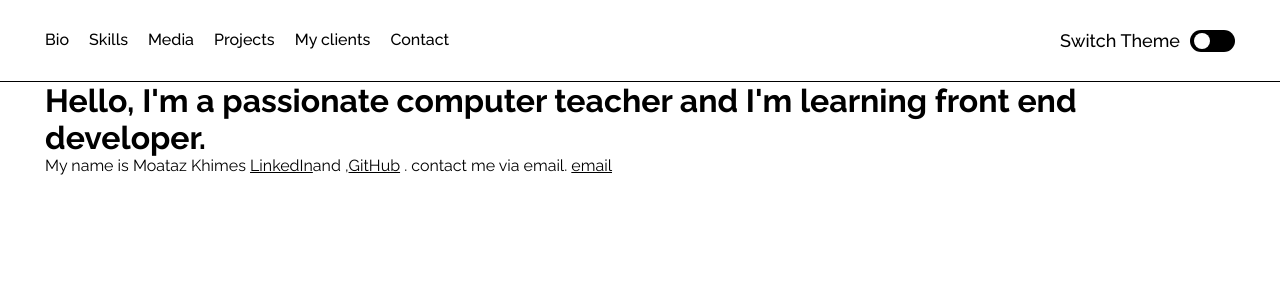
Repository: moataz305G/Personal-website
Page: index.html
An editor plug-in stored every save of this project. The page is shown before and after the next save, followed by the edit.
The browser window is 1280 px wide. The pictures show the whole page.

Above is the page before, as saved 2025-12-12 20:33:07.

### index.html
<!DOCTYPE html>
<html lang="en">
  <head>
    <meta charset="UTF-8" />

    <meta name="viewport" content="width=device-width, initial-scale=1.0" />
    <link rel="preconnect" href="https://fonts.googleapis.com" />
    <link rel="preconnect" href="https://fonts.gstatic.com" crossorigin />
    <link
      href="https://fonts.googleapis.com/css2?family=Raleway:ital,wght@0,100..900;1,100..900&display=swap"
      rel="stylesheet"
    />

    <link rel="stylesheet" href="Style.css" />
    <title class="title">Moataz khimes</title>
  </head>
  <body>
    <div class="container">
      <header class="header">
        <nav class="navigation">
          <ul class="navigation__list">
            <li><a href="#" class="navigation__link">Bio</a></li>
            <li><a href="#" class="navigation__link">Skills</a></li>
            <li><a href="#" class="navigation__link">Media</a></li>
            <li><a href="#" class="navigation__link">Projects</a></li>
            <li><a href="#" class="navigation__link">My clients</a></li>
            <li><a href="#" class="navigation__link">Contact</a></li>
          </ul>
        </nav>

        <div class="toggle">
          <h3 class="toggle__title">Switch Theme</h3>
          <input
            type="checkbox"
            name="toggle checkbox"
            id="toggle"
            class="toggle__checkbox"
          />
          <label for="toggle" class="toggle__label"></label>
        </div>
      </header>

      <sction id="bio" class="bio">
        <h1 class="bio__heading">
          Hello, I'm a passionate computer teacher and I'm learning front end
          developer.
        </h1>
        <p class="bio__objeactive">
          My name is <span class="bio__name">Moataz Khimes</span>

          <a
            href="https://www.linkedin.com/in/moataz-khimes-53586223b/"
            class="bio__linkedin"
            >LinkedIn</a
          >and ,<a href="https://github.com/moataz305G" class="bio__github"
            >GitHub</a
          >
          . contact me via email.
          <a href="mutazkhmes@gmail.com" class="gio__email">email</a>
        </p>
      </sction>
    </div>
  </body>
</html>

### Style.css
:root {
  --container-width: 119rem;
  --guter: 6rem;

  --color-black: #000;
  --color-white: #fff;
  --color-blue: #2374e1;
  --color-lite-blue: #1d9bf0;
  --color-dark-blue: #0a66c2;
  --color-darker-blue: #143ce8;
  --color-red: #ff0000;
  --color-green: #03a696;
  --color-gray: #f6f6f6;
  --color-dark-green: #42959b;

  --color-background: var(--color-white);
  --color-text: var(--color-black);
  --color-box-img: var(--color-black);
  --color-link-bg: var(--color-black);
  --color-input-border: var(--color-black);

  --font-family-raleway: "Raleway", sans-serif;
  --font-family-poppins: "Poppins", sans-serif;

  --font-weight-regular: 400;
  --font-weight-medium: 500;
  --font-weight-semi-bold: 600;
  --font-weight-bold: 700;

  --font-size-70: 7rem;
  --font-size-65: 6.5rem;
  --font-size-40: 4rem;
  --font-size-38: 3.8rem;
  --font-size-24: 2.4rem;
  --font-size-22: 2.2rem;
  --font-size-20: 2rem;
  --font-size-18: 1.8rem;
  --font-size-15: 1.5rem;

  --transition-timing: 0.3s;
}
/* CSS Reset */
* {
  margin: 0;
  padding: 0;
}

*,
*::after,
*::before {
  box-sizing: border-box;
}

a {
  color: inherit;
  display: inline-block;
}

button {
  background-color: transparent;
  border: none;
  cursor: pointer;
}

ul,
ol {
  list-style: none;
}
/* END CSS Reset */
html {
  font-size: 62.5%;
  scroll-behavior: smooth;
  scroll-padding-top: 11rem;
}

body {
  font-size: 1.6rem;
  font-family: var(--font-family-raleway);
  background-color: var(--color-background);
  color: var(--color-text);
}

.container {
  max-width: var(--container-width);
  margin: 0 auto;
}
header {
  position: relative;
  padding: 3rem 0;
  display: flex;
  justify-content: center;
  z-index: 0;
}
.header::before {
  content: "";
  position: absolute;
  height: 100%;
  width: 100vw;
  border-bottom: 0.1rem solid var(--color-black);
  top: 0;
  z-index: -1;
}

.navigation__list {
  display: flex;
  gap: 2rem;
}
.navigation__link:link,
.navigation__link:visited {
  text-decoration: none;
  font-weight: var(--font-weight-medium);
}
.navigation__link:hover,
.navigation__link:active {
  text-decoration: underline;
  color: var(--color-text);
}

/* Toggle */
.toggle {
  display: flex;
  gap: 1rem;
  margin-left: auto;
}
.toggle__title {
  font-weight: var(--font-weight-medium);
  font-size: var(--font-size-18);
}

.toggle__checkbox {
  display: none;
}

.toggle__label {
  display: block;
  position: relative;
  background-color: var(--color-black);
  border-radius: 1.5rem;
  width: 4.5rem;
  height: 2.2rem;
  cursor: pointer;
  padding: 0.3rem 0.4rem;
  transition: 0.3s;
}

.toggle__label::after {
  content: "";
  display: block;
  width: 1.6rem;
  height: 1.6rem;
  border-radius: 50%;
  background-color: var(--color-white);
  transition: 0.3s;
}

.toggle__checkbox:checked + .toggle__label {
  background-color: var(--color-white);
}
.toggle__checkbox:checked + .toggle__label::after {
  transform: translateX(2.1rem);
  background-color: var(--color-green);
}

/* End Toggle */

After the next save:
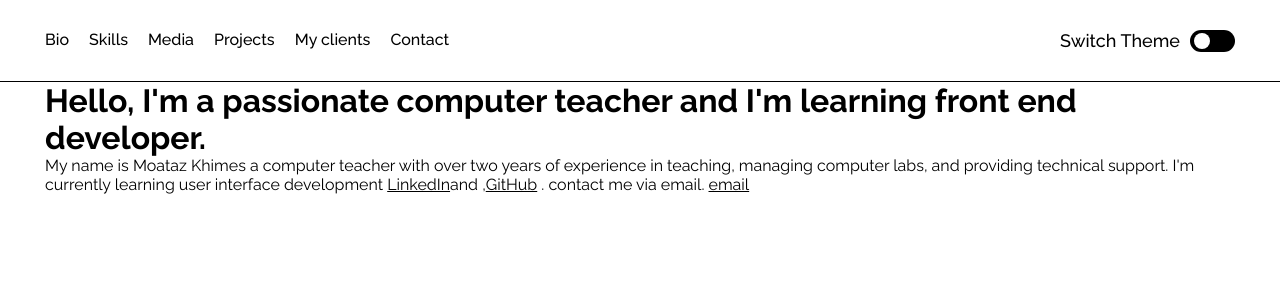
Saved 40 s later.
--- a/index.html
+++ b/index.html
@@ -47,7 +47,9 @@
         </h1>
         <p class="bio__objeactive">
           My name is <span class="bio__name">Moataz Khimes</span>
-
+          a computer teacher with over two years of experience in teaching,
+          managing computer labs, and providing technical support. I'm currently
+          learning user interface development
           <a
             href="https://www.linkedin.com/in/moataz-khimes-53586223b/"
             class="bio__linkedin"
